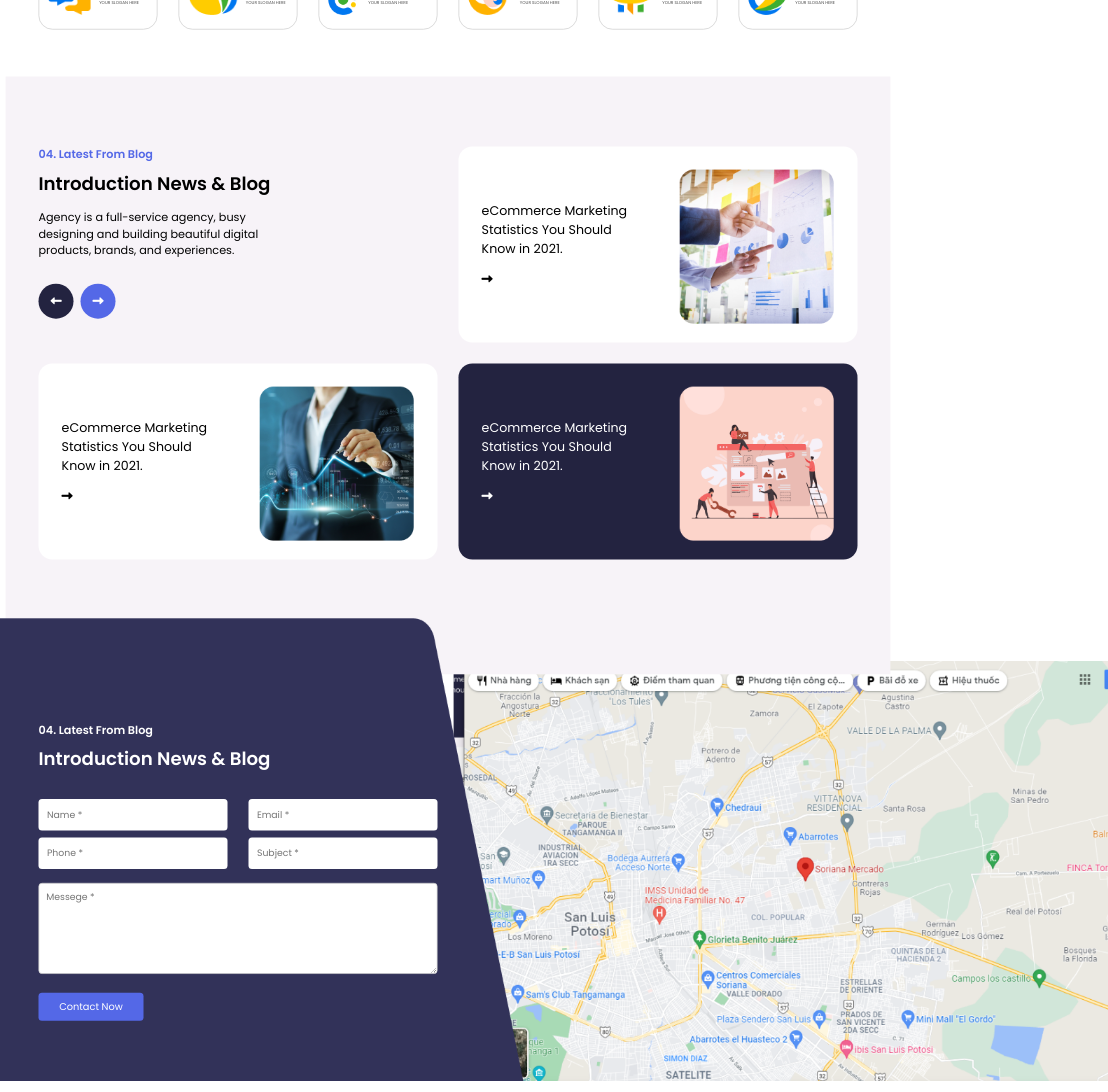
Repository: tranchi0120/LangdingPage-Htmlcss-Ago
Page: index.html
An editor plug-in stored every save of this project. The page is shown before and after the next save, followed by the edit.
The browser window is 1280 px wide. The page is 1583 px wide, so the pictures cover 1583 px, including what lies to the right of the window. The pictures show the part of the page from y = 3385 to 4945 px (the page is 4945 px tall), at 70% of full size.
Some web libraries are served in a nearby version. The style sheet was rebuilt from its Sass, Less or Tailwind sources for each picture, by a compiler version that may differ from the author's.

Above is the page before, as saved 2022-07-15 10:29:01.

After the next save:
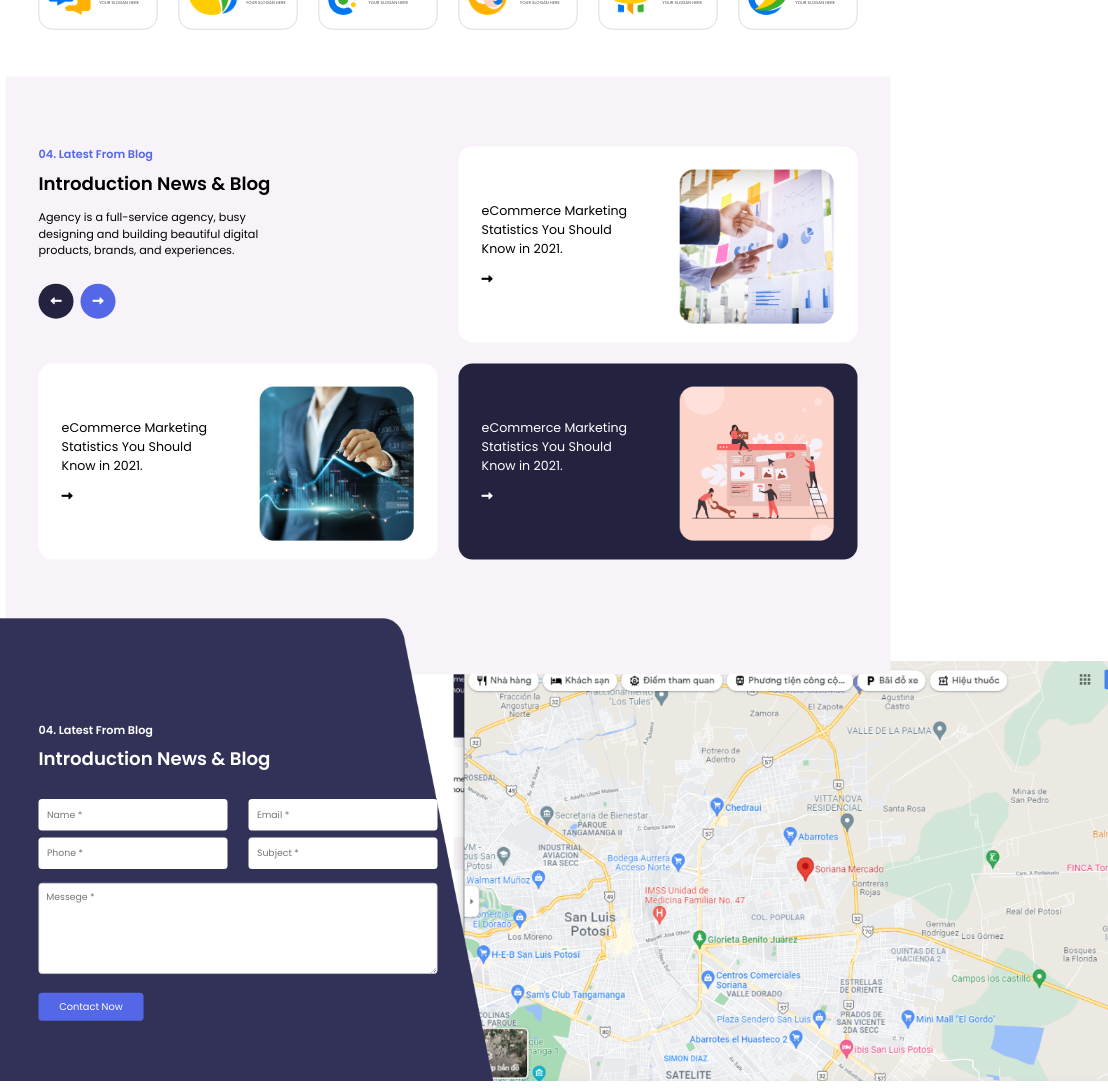
Saved 9 s later.
--- a/sass/_contact.scss
+++ b/sass/_contact.scss
@@ -4,7 +4,7 @@
         gap: 23px;
     }
     &-background {
-        margin-left: -407px;
+        margin-left: -450px;
         margin-top: -80px;
     }
     &-left {
